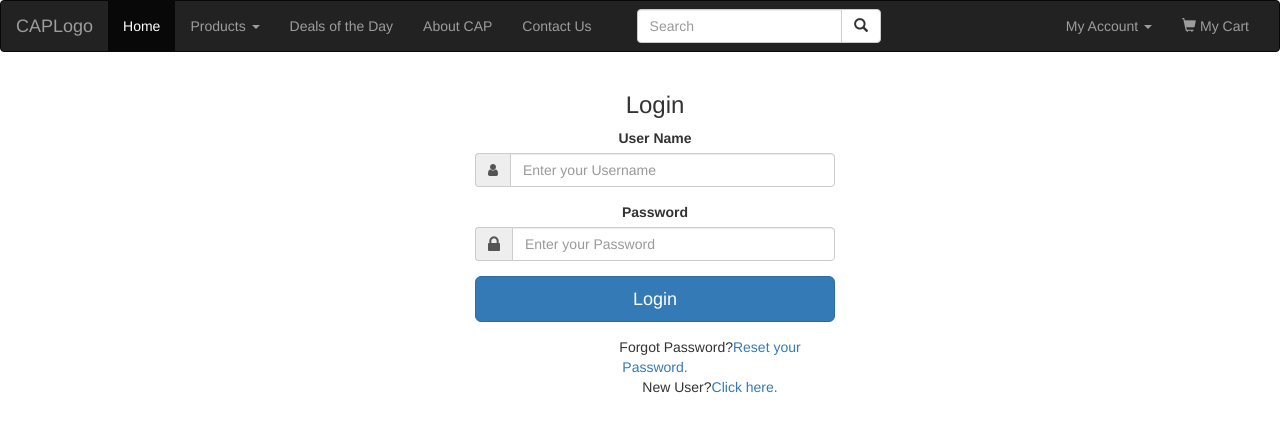
Repository: Guru-Raghavendran/CoinsAndPapers_webapp
Page: http://localhost/FrontEnd/WEB-INF/views/Login.jsp
An editor plug-in stored every save of this project. The page is shown before and after the next save, followed by the edit.
The browser window is 1280 px wide. The pictures show the whole page.
Some web fonts or font styles are not loaded; a fallback is used. Some web libraries are served in a nearby version. The page is served by Tomcat 9. Nobody is signed in. Other server files are loaded and not shown. The template is opened directly, without the code that normally fills it, so the values that code supplies are empty.

Above is the page before, as saved 2018-04-16 08:02:47.

### FrontEnd/src/main/webapp/WEB-INF/views/Login.jsp
<!DOCTYPE html>
<html>
<head>
<title>Login to CAP account</title>

<!-- Latest compiled and minified CSS -->
<link rel="stylesheet"
	href="https://maxcdn.bootstrapcdn.com/bootstrap/3.3.7/css/bootstrap.min.css">
<!-- jQuery library -->
<script
	src="https://ajax.googleapis.com/ajax/libs/jquery/3.3.1/jquery.min.js"></script>
<!-- Latest compiled JavaScript -->
<script
	src="https://maxcdn.bootstrapcdn.com/bootstrap/3.3.7/js/bootstrap.min.js"></script>
<!-- Website Font style -->
<link rel="stylesheet"
	href="https://maxcdn.bootstrapcdn.com/font-awesome/4.6.1/css/font-awesome.min.css">
<!-- Google Fonts -->
<link href='https://fonts.googleapis.com/css?family=Passion+One'
	rel='stylesheet' type='text/css'>
<link href='https://fonts.googleapis.com/css?family=Oxygen'
	rel='stylesheet' type='text/css'>
<style>
</style>
</head>

<body>

	<%@include file="NavBar.jsp" %>

	<div class="container">
		<div class="contentSection"><!--  style="display: flex; -->
			<div class="registerForm1"></div>
			<div class="loginForm">
				<div class="container">
				<div class="row">
		<div class="col-md-4 col-md-offset-4 text-center">
					<h3>Login</h3>
					<form class="" method="post" action="#">

						<div class="form-group">
							<label for="username" class="cols-sm-2 control-label">User Name</label>
							<div class="cols-sm-10">
								<div class="input-group">
									<span class="input-group-addon"><i class="fa fa-user fa"
										aria-hidden="true"></i></span> <input type="text"
										class="form-control" name="username" id="username"
										placeholder="Enter your Username" />
								</div>
							</div>
						</div>

						<div class="form-group">
							<label for="password" class="cols-sm-2 control-label">Password</label>
							<div class="cols-sm-10">
								<div class="input-group">
									<span class="input-group-addon"><i
										class="fa fa-lock fa-lg" aria-hidden="true"></i></span> <input
										type="password" class="form-control" name="password"
										id="password" placeholder="Enter your Password" />
								</div>
							</div>
						</div>

						<div class="form-group ">
							<a href="" target="_blank" type="button" id="button"
								class="btn btn-primary btn-lg btn-block login-button">Login</a>
						</div>
					</form>
					<span style="padding-left: 110px">Forgot Password?<a
						href="reset">Reset your Password.</a></span> <br> <span
						style="padding-left: 110px">New User?<a href="SignUp">Click
							here.</a></span>

				</div>
			</div>
			</div>
			</div>
			<div class="registerForm2"></div>
		</div>
	</div>

</body>
</html>

### FrontEnd/src/main/webapp/WEB-INF/views/NavBar.jsp
<%@page isELIgnored="false" %>
     <%@taglib uri="http://java.sun.com/jsp/jstl/core" prefix="c"%>
     <%@taglib uri="http://www.springframework.org/tags/form" prefix="form"%>
<!DOCTYPE html>
<html>
<head>
<meta http-equiv="Content-Type" content="text/html; charset=ISO-8859-1">

</head>
<body>

	<nav class="navbar navbar-inverse">
		<div class="container-fluid">
			<div class="navbar-header">
				<button type="button" class="navbar-toggle" data-toggle="collapse"
					data-target="#myNavbar">
					<span class="icon-bar"></span> <span class="icon-bar"></span> <span
						class="icon-bar"></span>
				</button>
				<a class="navbar-brand" href="#">CAPLogo</a>
			</div>
			<div class="collapse navbar-collapse" id="myNavbar">
				<ul class="nav navbar-nav">
					<li class="active"><a href=" ">Home</a></li>

					<li class="dropdown"><a class="dropdown-toggle"
						data-toggle="dropdown" href="#">Products <span class="caret"></span></a>
						<ul class="dropdown-menu">
							<li class="dropdown-header">Coins</li>
							<li><a href="#">Indian New Coins</a></li>
							<li><a href="#">Indian Ancient Coins</a></li>
							<li><a href="#">Foreign New Coins</a></li>
							<li><a href="#">Foreign Ancient Coins</a></li>
							<li class="divider"></li>
							<li class="dropdown-header">Stamps</li>
							<li><a href="#">Indian New Stamps</a></li>
							<li><a href="#">Indian Ancient Stamps</a></li>
							<li><a href="#">Foreign New Stamps</a></li>
							<li><a href="#">Foreign Ancient Stamps</a></li>
						</ul></li>


					<li><a href="#">Deals of the Day</a></li>
					<li><a href="AboutUs">About CAP</a></li>
					<li><a href="ContactUs">Contact Us</a></li>
					</ul>
					<div class="col-sm-3 col-md-3">
        <form class="navbar-form " role="search">
        <div class="input-group">
            <input type="text" class="form-control" placeholder="Search" name="q">
            <div class="input-group-btn" >
                <button class="btn btn-default" type="submit"><i class="glyphicon glyphicon-search"></i></button>
            </div>
        </div>
        </form>
    </div>

				<ul class="nav navbar-nav navbar-right">

					<li class="dropdown"><a class="dropdown-toggle"
						data-toggle="dropdown" href="#">My Account <span class="caret"></span></a>
						<ul class="dropdown-menu">


							<li><a href="Login"><span
									class="glyphicon glyphicon-user"></span> Login</a></li>
							<li><a href="SignUp"><span
									class="glyphicon glyphicon-user"></span> Sign Up</a></li>
						</ul></li>
					<li><a href="#"><span
							class="glyphicon glyphicon-shopping-cart"></span> My Cart</a></li>
				</ul>
			</div>
		</div>
	</nav>




</body>
</html>

After the next save:
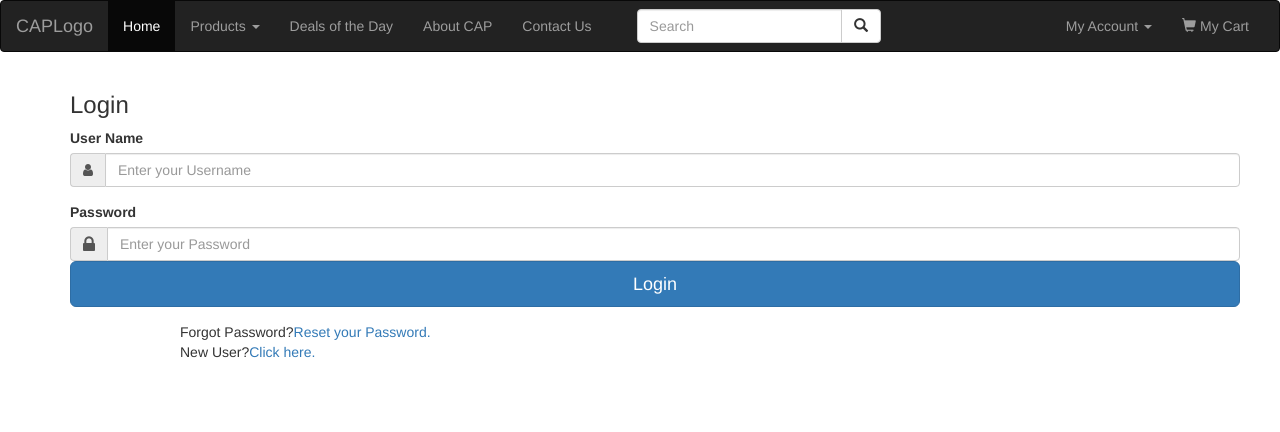
Saved 47 s later.
--- a/FrontEnd/src/main/webapp/WEB-INF/views/Login.jsp
+++ b/FrontEnd/src/main/webapp/WEB-INF/views/Login.jsp
@@ -34,7 +34,7 @@
 			<div class="loginForm">
 				<div class="container">
 				<div class="row">
-		<div class="col-md-4 col-md-offset-4 text-center">
+		<!-- <div class="col-md-4 col-md-offset-4 text-center"> -->
 					<h3>Login</h3>
 					<form class="" method="post" action="#">
 
@@ -60,7 +60,7 @@
 										id="password" placeholder="Enter your Password" />
 								</div>
 							</div>
-						</div>
+						<!-- </div> -->
 
 						<div class="form-group ">
 							<a href="" target="_blank" type="button" id="button"
